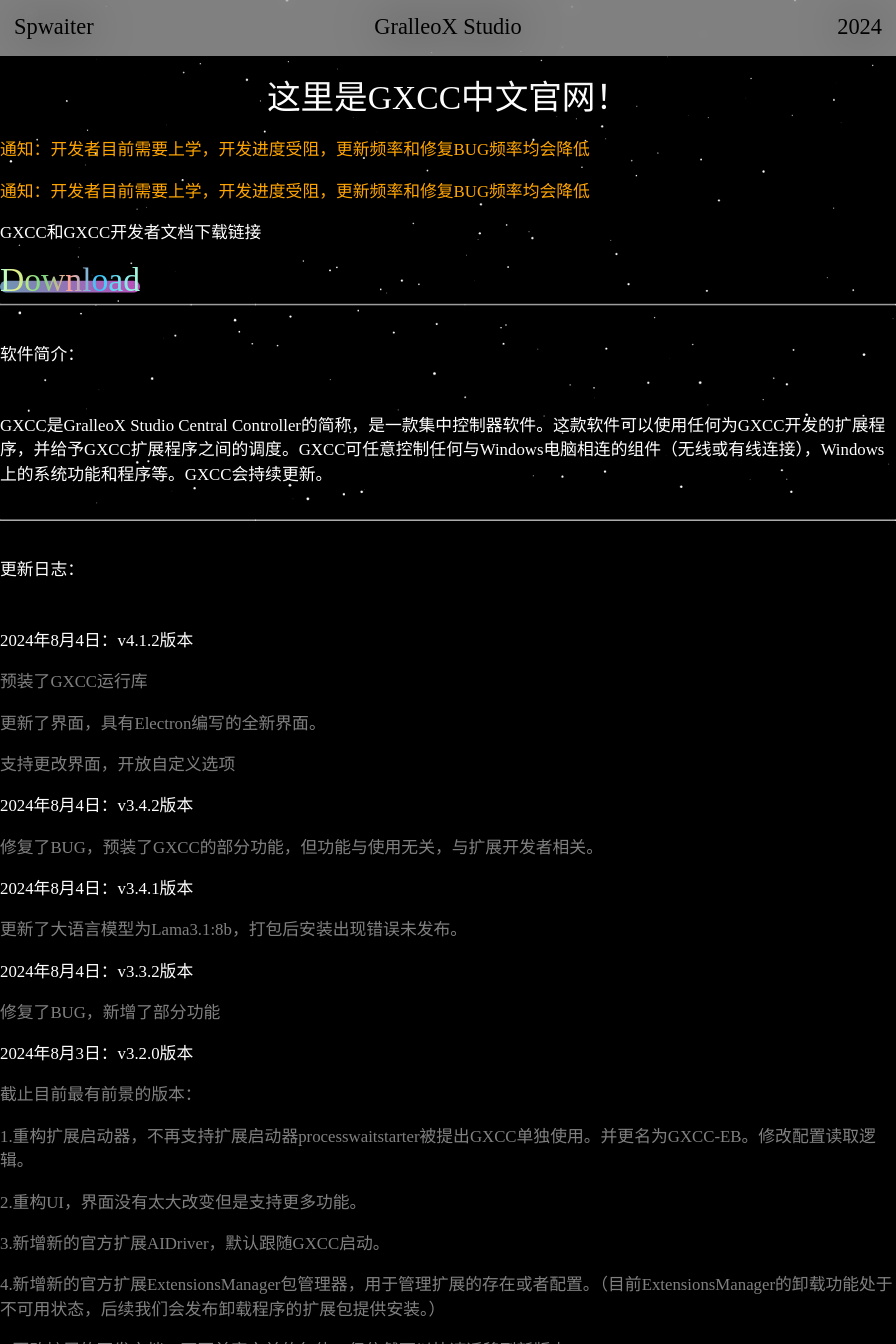
Repository: Lisu-Liso/GXCC
Page: index.html
The author's editor kept a copy of each file at every save. The page is drawn from the files as they stood at one save, then again after a run of saves.
The browser window is 1280 px wide. The pictures show the part of the page from y = 0 to 1920 px (the page is 4007 px tall), at 70% of full size.

Above is the page before, as saved 2024-10-05 21:15:11.

After the next 4 saves:
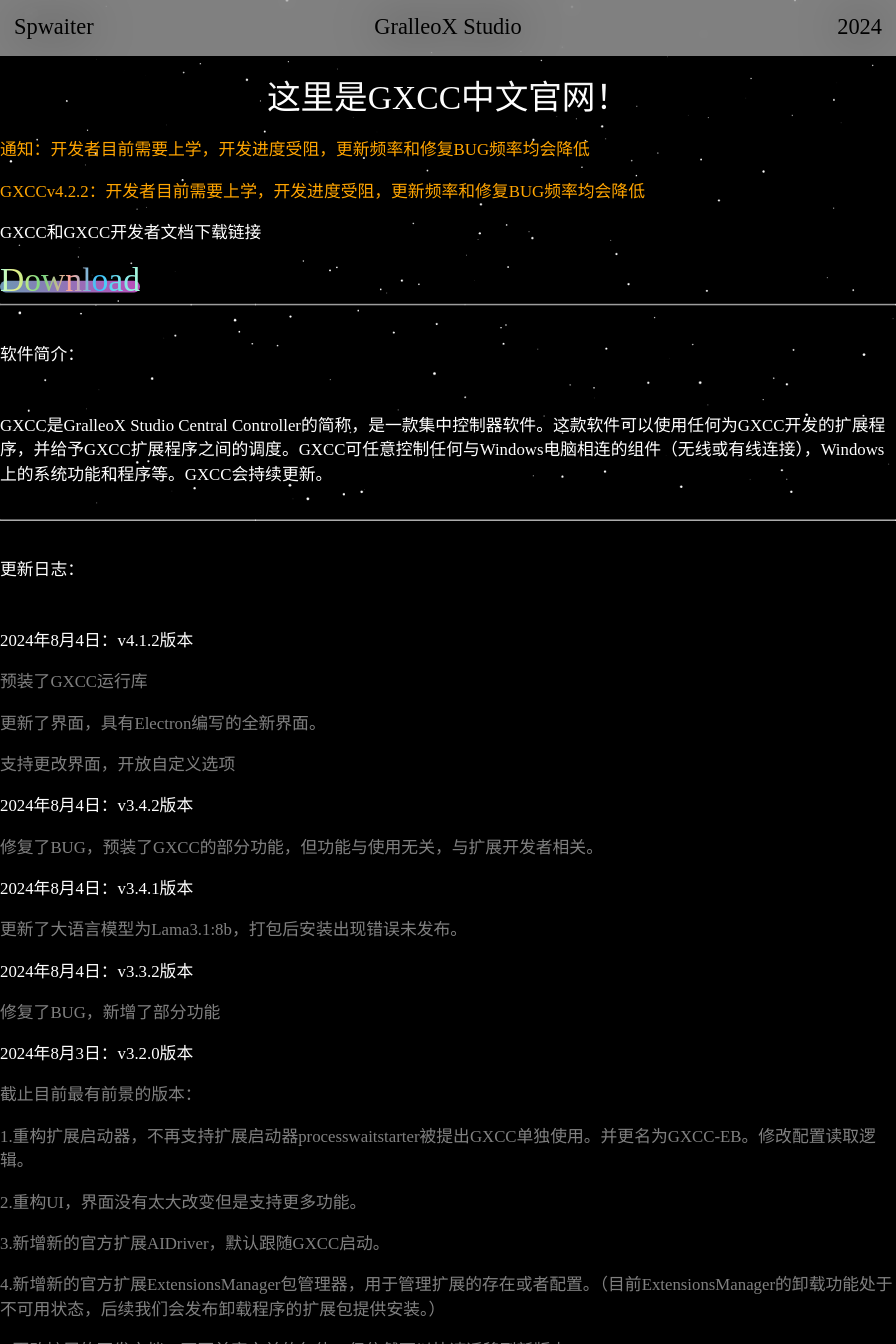
The 4 saves are shown as one change because they came seconds apart.
The last was saved 20 s later.
--- a/index.html
+++ b/index.html
@@ -275,7 +275,7 @@
         </script>
         <div style="text-align:center;top:0;left:0;right:0;"><font size="7"color="white">这里是GXCC中文官网！</font></div>
         <p class="normaltext" style="color: orange;">通知：开发者目前需要上学，开发进度受阻，更新频率和修复BUG频率均会降低</p>
-        <p class="normaltext" style="color: orange;">通知：开发者目前需要上学，开发进度受阻，更新频率和修复BUG频率均会降低</p>
+        <p class="normaltext" style="color: orange;">GXCCv4.2.2：开发者目前需要上学，开发进度受阻，更新频率和修复BUG频率均会降低</p>
         <p class="normaltext">GXCC和GXCC开发者文档下载链接</p>
         <a class="newbutton" onclick="join_us()"><font class="article-header--title" size="7">Download</font></a>
         <div class="black_board" id="bb"></div>
